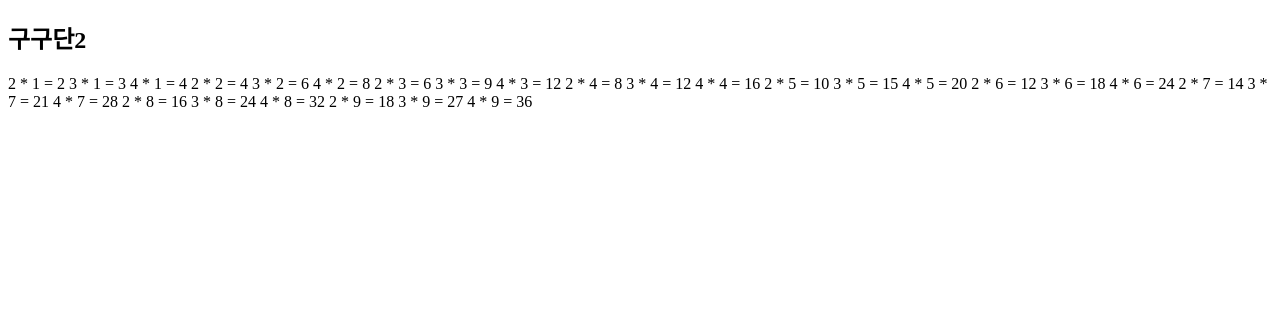
Repository: bluelessman/JSPServlet
Page: http://localhost/ServletStudy/JSPMission/gugudan2.jsp
The author's editor kept a copy of each file at every save. The page is drawn from the files as they stood at one save, then again after a run of saves.
The browser window is 1280 px wide. The pictures show the whole page.
The page is served by Tomcat 10.

Above is the page before, as saved 2023-12-12 02:34:20.

After the next 2 saves:
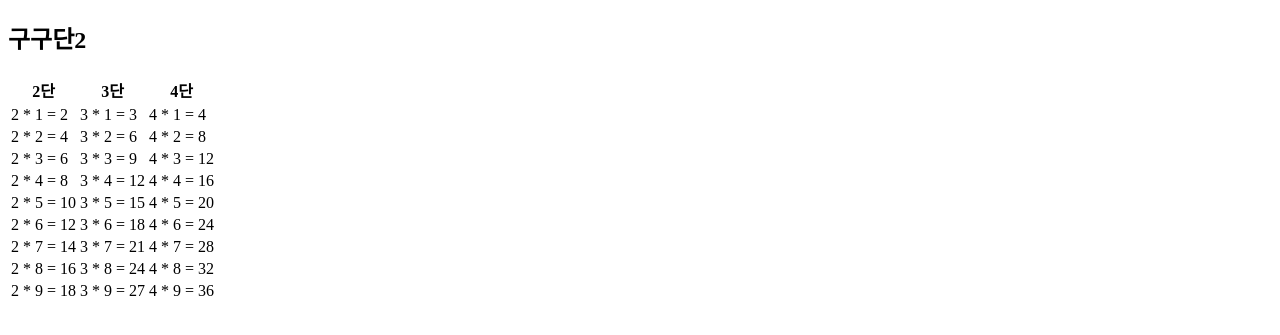
The 2 saves are shown as one change because 1 did not build or start.
The last was saved 2 min 50 s later.
--- a/ServletStudy/src/main/webapp/JSPMission/gugudan2.jsp
+++ b/ServletStudy/src/main/webapp/JSPMission/gugudan2.jsp
@@ -12,6 +12,11 @@
 int col;
 if(request.getParameter("col")==null) col = 3;
 else col = Integer.parseInt(request.getParameter("col"));
+out.println("<table><tr>");
+for(int i=2;i<col+2;i++){
+	out.println("<th scope=`col`>"+i+"단</th>");
+}
+out.println("</tr>");
 for(int i=1;i<=9;i++){
 	out.println("<tr>");
 	for(int j=2;j<col+2;j++){
@@ -19,6 +24,7 @@
 	}
 	out.println("</tr>");
 }
+out.println("</table>");
 %>
 </body>
 </html>
